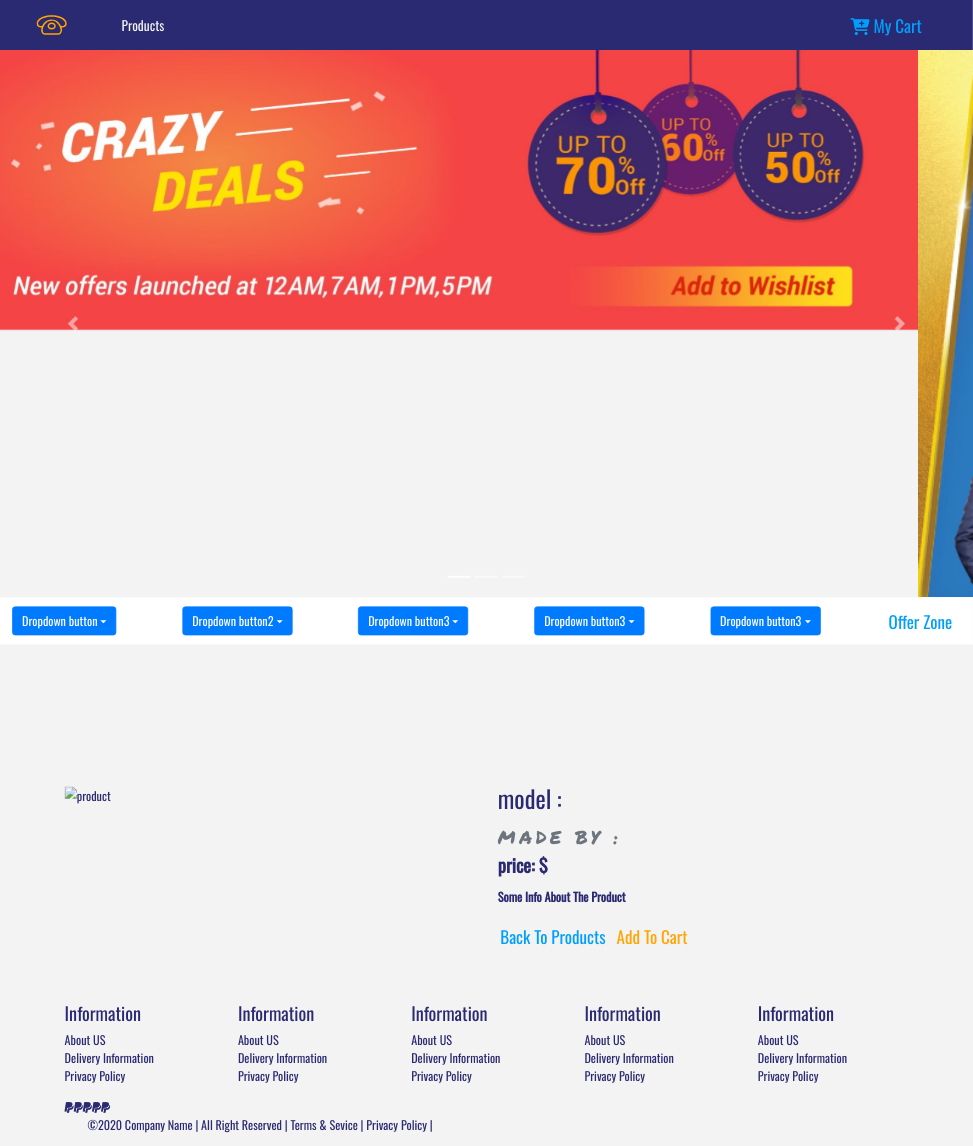
Repository: aditya1068/Online-Store
Page: /details
The author's editor kept a copy of each file at every save. The page is drawn from the files as they stood at one save, then again after the next save.
The browser window is 1280 px wide. The pictures show the whole page, at 76% of full size.
Some web libraries are served in a nearby version. The project was rebuilt for these pictures with package versions that can differ from the ones it lists, and the page was loaded fresh each time. Also part of the build but not shown: src/components/Products.js, src/components/Title.js, src/components/ProductsList.js, src/components/Cart.js, src/components/Default.js.

Above is the page before, as saved 2020-04-03 01:58:35.

### public/index.html
<!DOCTYPE html>
<html lang="en">
  <head>
    <meta charset="utf-8" />
    <link rel="icon" href="%PUBLIC_URL%/favicon.ico" />
    <meta name="viewport" content="width=device-width, initial-scale=1" />
    <meta name="theme-color" content="#000000" />
    <meta
      name="description"
      content="Web site created using create-react-app"
    />
    <link rel="apple-touch-icon" href="%PUBLIC_URL%/logo192.png" />
    <!--
      manifest.json provides metadata used when your web app is installed on a
      user's mobile device or desktop. See https://developers.google.com/web/fundamentals/web-app-manifest/
    -->
    <link rel="manifest" href="%PUBLIC_URL%/manifest.json" />
    <!--
      Notice the use of %PUBLIC_URL% in the tags above.
      It will be replaced with the URL of the `public` folder during the build.
      Only files inside the `public` folder can be referenced from the HTML.

      Unlike "/favicon.ico" or "favicon.ico", "%PUBLIC_URL%/favicon.ico" will
      work correctly both with client-side routing and a non-root public URL.
      Learn how to configure a non-root public URL by running `npm run build`.
    -->
    <!--Google Fonts-->
    <link href="https://fonts.googleapis.com/css?family=Oswald|Permanent+Marker&display=swap" rel="stylesheet">

    <!--Font Awesome-->
    <script src="https://kit.fontawesome.com/7ff98d2d13.js" crossorigin="anonymous"></script>
    <title>Store</title>
  </head>
  <body>
    <noscript>You need to enable JavaScript to run this app.</noscript>
    <div id="root"></div>
    <!--
      This HTML file is a template.
      If you open it directly in the browser, you will see an empty page.

      You can add webfonts, meta tags, or analytics to this file.
      The build step will place the bundled scripts into the <body> tag.

      To begin the development, run `npm start` or `yarn start`.
      To create a production bundle, use `npm run build` or `yarn build`.
    -->
  </body>
</html>

### src/index.js
import React from 'react';
import ReactDOM from 'react-dom';
import './index.css';
import 'bootstrap';
//import 'bootstrap/dist/css/bootstrap.css';
//import 'bootstrap/dist/js/bootstrap.js';
import App from './App';
import { BrowserRouter as Router } from 'react-router-dom';
import {ProductProvider } from './context';
import * as serviceWorker from './serviceWorker';

ReactDOM.render(
    <ProductProvider>

    <Router>
    <App/>
    </Router>

    </ProductProvider>,



 document.getElementById('root'));

// If you want your app to work offline and load faster, you can change
// unregister() to register() below. Note this comes with some pitfalls.
// Learn more about service workers: https://bit.ly/CRA-PWA
serviceWorker.unregister();

### src/App.js
import React, { Component } from "react";
import {Route,Switch} from 'react-router-dom';
import { BrowserRouter as  Router} from 'react-router-dom';
import './App.css';
import "bootstrap/dist/css/bootstrap.min.css";
import Navbar from "./components/Navbar";
import Navbar1 from "./components/Navbar1";
import ProductsList from "./components/ProductsList";
import Details from "./components/Details";
import Cart from "./components/Cart";
import Default from "./components/Default";
import Modal from './components/Modal';
import Slider from "./components/Slider";
import Footer from "./components/Footer";
import Footer2 from "./components/Footer2";

class App extends Component {
  render() {
    return(

      <Router>
        <Navbar />
        <Slider />
        <Navbar1 />

          <Switch>
            <Route path ="/" exact component ={
              () => (<ProductsList></ProductsList>)
            } />

            <Route path ="/details" exact component ={
              () => (<Details></Details>)
             } />

            <Route path ="/cart" exact component ={
              () => (<Cart></Cart>)
            } />

              <Route  component ={
              () => (<Default></Default>)
            } />

              </Switch>

            <Modal />
            <Footer />
            <Footer2 />
  </Router>

    );
  }
}

export default App;

### src/context.js
import React, { Component } from 'react';
import { storeProducts, detailProduct } from './data';

const ProductContext = React.createContext();
// Provider
// Consumer

class ProductProvider extends Component {
   state = {
     products: [],
     detailProduct: detailProduct,
     cart: [],
     modalOpen: false,
     modalProduct: detailProduct,
     cartSubTotal: 0,
     cartTax: 0,
     CartTotal: 0,
   };

   componentDidMount() {
     this.setProducts();
   }

   setProducts = () => {
     let tempProducts = [];
     storeProducts.forEach(item => {
       const singleItem = { ...item };
       tempProducts = [...tempProducts, singleItem];
     });
     this.setState(() => {
       return { products: tempProducts };
     });
   };

    getItem = (id) => {
      const product = this.state.products.find(item => item.id === id);
      return product;
    };

   handleDetail =(id) => {
     const product = this.getItem(id);
     this.setState(() => {
       return { detailProduct:product };
     });
   };

 addToCart =(id) => {
   let tempProducts = [...this.state.products];
   const index = tempProducts.indexOf(this.getItem(id));
   const product = tempProducts[index];
   product.inCart = true;
   product.count = 1;
   const  price  = product.price;
   product.total = price;
   this.setState(() => {
     return { products: tempProducts, cart: [...this.state.cart, product] };
   },
   () => {
     this.addTotals();
   });
 };

    openModal = id => {
      const product = this.getItem(id);
      this.setState(() => {
        return { modalProduct: product, modalOpen: true };
      });
    }

closeModal = () => {
  this.setState(() => {
    return { modalOpen: false };
  });
};

increment = (id) => {
  let tempCart = [...this.state.cart];
  const selectedProduct = tempCart.find(item=>item.id === id);

  const index = tempCart.indexOf(selectedProduct);
  const product = tempCart[index];

  product.count += 1;
  product.total = product.count * product.price;

  this.setState(() => {
    return { cart: [...tempCart] };
  },
  () => {
    this.addTotals();
  });
}

decrement = (id) => {
  let tempCart = [...this.state.cart];
  const selectedProduct = tempCart.find(item => item.id === id);

  const index = tempCart.indexOf(selectedProduct);
  const product = tempCart[index];
  product.count = product.count - 1;
  if (product.count === 0) {
    this.removeItem(id);
  } else {
    product.total = product.count * product.price;
    this.setState(() => {
      return { cart: [...tempCart] };
    },
    () => { this.addTotals(); });
  }
};

removeItem = (id) => {
  const tempProducts = [...this.state.products];
  let tempCart = [...this.state.cart];

  tempCart = tempCart.filter(item => item.id !== id);
  const index = tempProducts.indexOf(this.getItem(id));
  const removedProduct = tempProducts[index];
  removedProduct.inCart = false;
  removedProduct.Count = 0;
  removedProduct.total = 0;
  this.setState(() => {
    return {
      cart: [...tempCart],
      products: [...tempProducts],
    };
  });
}

clearCart =() => {
  this.setState(() => {
    return { cart: [] };
  }, () => {
    this.setProducts();
    this.addTotals();
  });
};

addTotals =() => {
  let subTotal = 0;
  this.state.cart.map(item => (subTotal += item.total));
  const tempTax = subTotal * .18;
  const tax = parseFloat(tempTax.toFixed(1));
  const total = subTotal + tax;
  this.setState(() => {
    return {
      cartSubTotal: subTotal,
      cartTax: tax,
      CartTotal: total,
    };
  });
};

render() {
  return (
    <ProductContext.Provider value={{
      ...this.state,
      handleDetail: this.handleDetail,
      addToCart: this.addToCart,
      openModal: this.openModal,
      closeModal: this.closeModal,
      increment: this.increment,
      decrement: this.decrement,
      removeItem: this.removeItem,
      clearCart: this.clearCart,
    }}
    >
      {this.props.children}
    </ProductContext.Provider>
  );
}
}


const ProductConsumer = ProductContext.Consumer;

export { ProductProvider, ProductConsumer };

### src/App.css
:root{
  --mainBlue: #2a2a72;
  --lightBlue: #009ffd;
  --mainWhite: #f3f3f3;
  --mainDark: #232528;
  --mainYellow: #ffa400;
}
body{
    font-family: 'Oswald', sans-serif !important;
    background: var(--mainWhite)!important;
    color: var(--mainBlue)!important ;
}
.text-title{
font-family: 'Permanent Marker', cursive;
letter-spacing: 0.3rem;
text-transform: uppercase;
}
.text-blue{
  color: var(--mainBlue);
}
.text-bright{
  color: var(--lightBlue);
}
.btn-black{
  background: transparent;
  text-transform: capitalize;
  font-size: 0.6rem !important;
  color: var(--mainDark);
  border-radius: 0 !important;
  border: 0.1rem solid var(--mainDark) !important;
}

.btn-black:hover{
  background: var(--mainDark) !important;
  color: var(--mainWhite) !important;
}

.cart-icon{
  cursor: pointer;
  font-size: 1.2rem;
  color: var(--mainYellow);
}

### src/components/Navbar.js
import React, { Component } from 'react';
import {Link} from 'react-router-dom';
import logo from "../logo.svg";
import styled from "styled-components";
import {ButtonContainer} from  './button';
export default class Navbar extends Component{
    render(){
        return(

           <NavWrapper className="navbar navbar-expand-sm navbar-dark  px-sm-5">
               { /*
                https://www.iconfinder.com/icons/1243689/call_phone_icon
                Creative Commons (Attribution 3.0 Unported);
               https://www.iconfinder.com/Makoto_msk */}
    <Link to ='/' >
     <img src={logo} alt = "store" className="navbar-brand" />
    </Link>
    <ul className= "navbar-nav align-items-center">
        <li className="nav-item ml-5">
        <Link to= "/" className= "nav-link">
            products
            </Link>
            </li>
        </ul>
        <Link to= '/Cart' className="ml-auto">

        <ButtonContainer>
            <span className ="mr-2">
                <i className="fas fa-cart-plus"></i>  my cart
                </span> </ButtonContainer>
        </Link>
            </NavWrapper>
        );
    }
}

const NavWrapper =styled.nav`
background: var(--mainBlue);
.nav-link{
    color:var(--mainWhite)!important;
    font-size: 1.1rem;
    text-transform: capitalize;
}
`;

### src/components/Details.js
import React, { Component } from 'react';
import {ProductConsumer} from '../context';
import {Link} from 'react-router-dom';
import {ButtonContainer} from './button';
export default class Details extends Component{
    render(){
        return(

            <ProductConsumer>
                {(value)=>{
                    const {id,company,img,info,price,title,inCart}=
                    value.detailProduct;
                    return(
                        <div className="container py-5">
                            {/*title */}
                            <div className="row">
                                <div className="col-10 mx-auto text-center text-slanted text-blue my-5">
                                    <h1>{title}</h1>
                                    </div>
                            </div>

                            {/*end title */}
                            {/*Product info */}
                            <div className="row">
                                <div className="col-10 mx-auto col-md-6 my-3">

                                 <img src={img} className="img-fluid" alt="product"/>
                                </div>
                                {/* Product text */}
                                <div className="col-10 mx-auto col-md-6 my-3  text-capitalise">
                                    <h2>model :{title}</h2>
                                    <h4  className="text-title text-upercase text-muted mt-3 mb-2">
                                   made by : <span className="text-uppercase">
                                       {company}</span>  </h4>
                                       <h4 className="text-blue">
                                           <strong>
                                               price: <span>$</span>
                                          {price}
                                           </strong>
                                  </h4>
                                <p className="text-capitalize font-weight-bold mt-3 mb-0">
                                    some info about the product
                                </p>
                                <p className="text-muted lead">{info}</p>
                                {/* buttons */}
                                <div>
                                    <Link to="/">
                                        <ButtonContainer>back to products</ButtonContainer>
                                    </Link>
                                    <ButtonContainer cart
                                     disabled={inCart ? true : false}
                                     onClick={()=>{
                                        value.addToCart(id);
                                        value.openModal(id);
                                     }}
                                     >
                                        {inCart ? "inCart": "add to cart"}
                                    </ButtonContainer>

                                </div>
                            </div>
                        </div>
                        </div>
                    );
                }}

            </ProductConsumer>

        );
    }

}

### src/components/Modal.js
import React, { Component } from 'react'
import styled from 'styled-components';
import {ProductConsumer} from '../context';
import {ButtonContainer } from './button';
import {Link} from "react-router-dom";


export default class  extends Component {
    render() {
        return (
            <ProductConsumer>
                {(value) => {
                    const {modalOpen,closeModal} = value;
                    const {img,title,price} = value.modalProduct;

                    if(!modalOpen){
                        return null;
                    }

                    else{
                return (
                <ModalContainer>
    <div className="container">
    <div className="row">
      <div id="modal" className= "col-8 mx-auto col-md-6 col-lg-4 text-center text-capitalize">
    <h5>item added to the cart</h5>
    <img src={img} className="img-fluid" alt="product" />
    <h5>{title}</h5>
    <h5 className= "text-muted">price : $ {price} </h5>
    <Link to ='/'>
        <ButtonContainer onClick={()=>closeModal()}>
            continue Shopping
        </ButtonContainer>
    </Link>
    <Link to ='/cart'>
        <ButtonContainer cart onClick={()=>closeModal()}>
            go to Cart
        </ButtonContainer>
    </Link>
    </div>
    </div> </div>
                        </ModalContainer>
                        );

                }
            }}
            </ProductConsumer>
        );
    }
}

const ModalContainer = styled.div`
position:fixed;
top: 0;
left: 0;
right: 0;
bottom: 0;
background: rgba(0,0,0,0.3);
display: flex;
align-items: center;
justufy-content: center;
#modal{
    background: var(--mainWhite);
}
`;

### src/components/Slider.js
import React, { Component } from 'react'
import Carousel from 'react-bootstrap/Carousel'
//import Carousel from 'react-multi-carousel';
import 'react-multi-carousel/lib/styles.css';
import {Link} from 'react-router-dom';

export default class Slider extends Component {
    render() {
        return (
            <div>
                <Carousel>
  <Carousel.Item>
    <img
      className="d-block w-100"
      src="img/slider1.jpg"
      alt="First slide"
    />
    <Carousel.Caption>
      <h3></h3>
      <p></p>
    </Carousel.Caption>
  </Carousel.Item>
  <Carousel.Item>
    <img
      className="d-block w-100"
      src="img/slider2.jpg"
      alt="Second slide"
    />

    <Carousel.Caption>

    </Carousel.Caption>
  </Carousel.Item>
  <Carousel.Item>
    <img
      className="d-block w-100"
      src="img/slider3.jpg"
      alt="Third slide"
    />


  </Carousel.Item>
</Carousel>
            </div>
        )
    }
}

### src/components/Footer.js
import React, { Component } from 'react';

export default class Footer extends Component {
    render() {
      return (
          <div className="main-footer">
              <div className= "container">
              <div className= "row">
                  {/* column1 */}
                  <div className= "col">
                      <h4>Information</h4>
                      <ul className="list-unstyled">
                          <li>About US</li>
                          <li>Delivery Information</li>
                          <li>Privacy Policy</li>
                      </ul>
                  </div>
                  {/* column2 */}
                  <div className= "col">
                      <h4>Information</h4>
                      <ul className="list-unstyled">
                          <li>About US</li>
                          <li>Delivery Information</li>
                          <li>Privacy Policy</li>
                      </ul>
                  </div>
                  {/* column3 */}
                  <div className= "col">
                      <h4>Information</h4>
                      <ul className="list-unstyled">
                          <li>About US</li>
                          <li>Delivery Information</li>
                          <li>Privacy Policy</li>
                      </ul>
                  </div>
                  {/*column 4 */}
                  <div className= "col">
                      <h4>Information</h4>
                      <ul className="list-unstyled">
                          <li>About US</li>
                          <li>Delivery Information</li>
                          <li>Privacy Policy</li>
                      </ul>
                  </div>
                   {/*column 5 */}
                   <div className= "col">
                      <h4>Information</h4>
                      <ul className="list-unstyled">
                          <li>About US</li>
                          <li>Delivery Information</li>
                          <li>Privacy Policy</li>
                      </ul>
                  </div>



                  </div>
              </div>
          </div>
      )
      }}

### src/components/Footer2.js
import React, { Component } from 'react';

export default class Footer2 extends Component {
    render() {
      return (
        <div className="main-footer">
              <div className= "container">
              <div className= "row">
                  {/* column1 */}
                  <div className= "col">
                  <i class="fab fa-paypal"></i>
                  <i class="fab fa-paypal"></i>
                  <i class="fab fa-paypal"></i>
                  <i class="fab fa-paypal"></i>
                  <i class="fab fa-paypal"></i>


     {/* column2 */}
     <div className= "col">
     <p className="col-sm">
                          &copy;{(new Date().getFullYear())} Company Name | All Right Reserved | Terms & Sevice | Privacy Policy |
                      </p>
                        </div>
                     </div>
                  </div>
                 </div>
             </div>


      )
    }
}

### src/components/button.js
import styled from "styled-components"



export const ButtonContainer = styled.button`
text-transform:capitalize;
font-size:1.4rem;
background: transparent;
border: 0.05 rem solid var(--lightBlue);
color: var(--lightBlue);
border-color: ${props => (props.cart? "var(--mainYellow)": "var--(lightBlue)")};
color ${prop => prop.cart ? "var(--mainYellow)": "var--(lightBlue)"};
border-radius: 0.5rem;
padding:0.2rem;
cursor:pointer;
margin:0.2rem 0.5rem 0.2rem 0;
transition:all 0.5s ease-in-out;
&:hover: {
    background:${prop => prop.cart ? "var(--mainYellow)": "var--(lightBlue)"};
    color:var(--mainBlue);
}
&:focus{
    outLine: none;
}
`;

Loaded but not shown: src/index.css (common file); src/serviceWorker.js (common file); src/data.js (99 lines, source omitted); src/components/Navbar1.js (89 lines, source omitted)

After the next save:
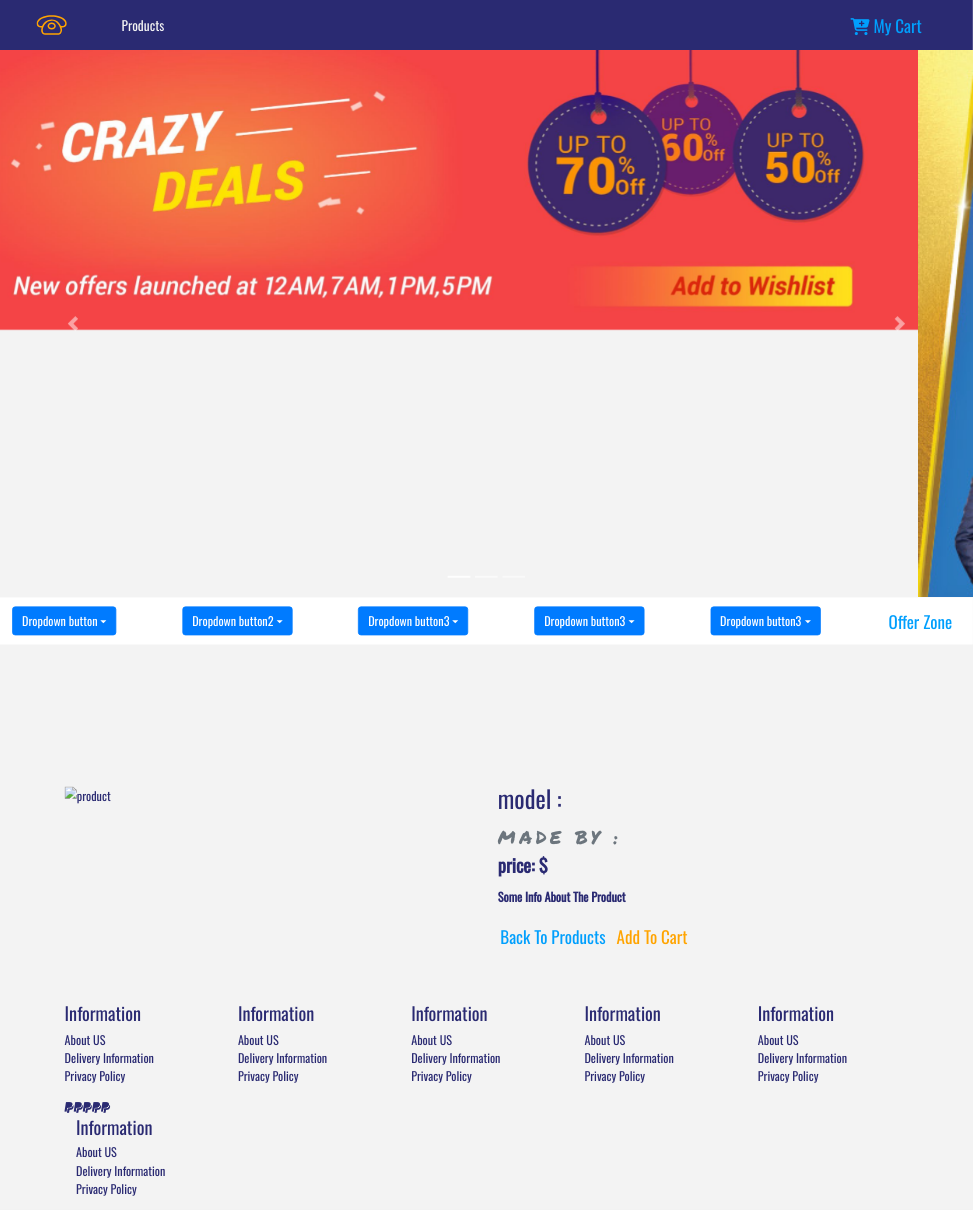
Saved 2 min 15 s later.
--- a/src/components/Footer2.js
+++ b/src/components/Footer2.js
@@ -14,13 +14,16 @@ export default class Footer2 extends Component {
                   <i class="fab fa-paypal"></i>
                   <i class="fab fa-paypal"></i>
 
+                   {/* column2 */}
+                   <div className= "col">
+                      <h4>Information</h4>
+                      <ul className="list-unstyled">
+                          <li>About US</li>
+                          <li>Delivery Information</li>
+                          <li>Privacy Policy</li>
+                      </ul>
+                  </div>
 
-     {/* column2 */}
-     <div className= "col">
-     <p className="col-sm">
-                          &copy;{(new Date().getFullYear())} Company Name | All Right Reserved | Terms & Sevice | Privacy Policy |
-                      </p>
-                        </div>
                      </div>
                   </div>
                  </div>
